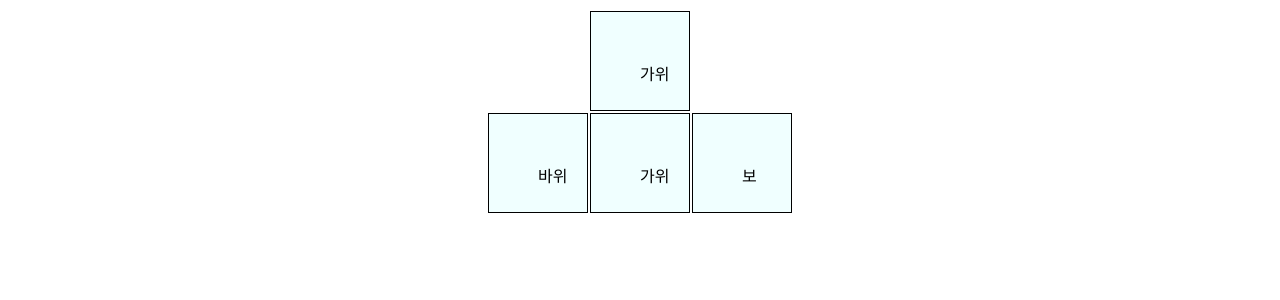
Repository: venandi48/RockScissorPaper-Game
Page: index.html
An editor plug-in stored every save of this project. The page is shown before and after the next save, followed by the edit.
The browser window is 1280 px wide. The pictures show the whole page.
The style sheet was rebuilt from its Sass, Less or Tailwind sources for each picture, by a compiler version that may differ from the author's.

Above is the page before, as saved 2023-11-13 17:03:39.

After the next save:
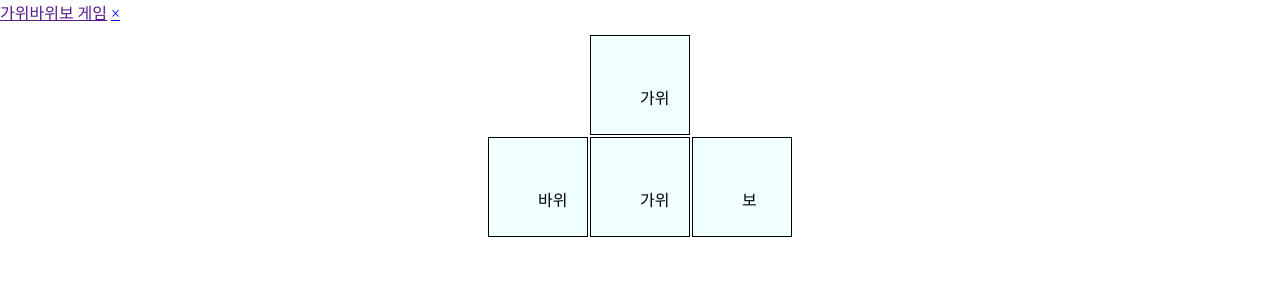
Saved 2 s later.
--- a/index.html
+++ b/index.html
@@ -7,6 +7,12 @@
     <link rel="stylesheet" href="style.css" />
   </head>
   <body>
+    <div class="topnav">
+      <a class="active" href="">가위바위보 게임</a>
+      <a href="javascript:void(0)" class="openbtn" onclick="openNav()">
+        &times;
+      </a>
+    </div>
     <div class="sidenav">
       <a href="javascript:void(0)" class="closebtn" onclick="closeNav()">
         &times;
